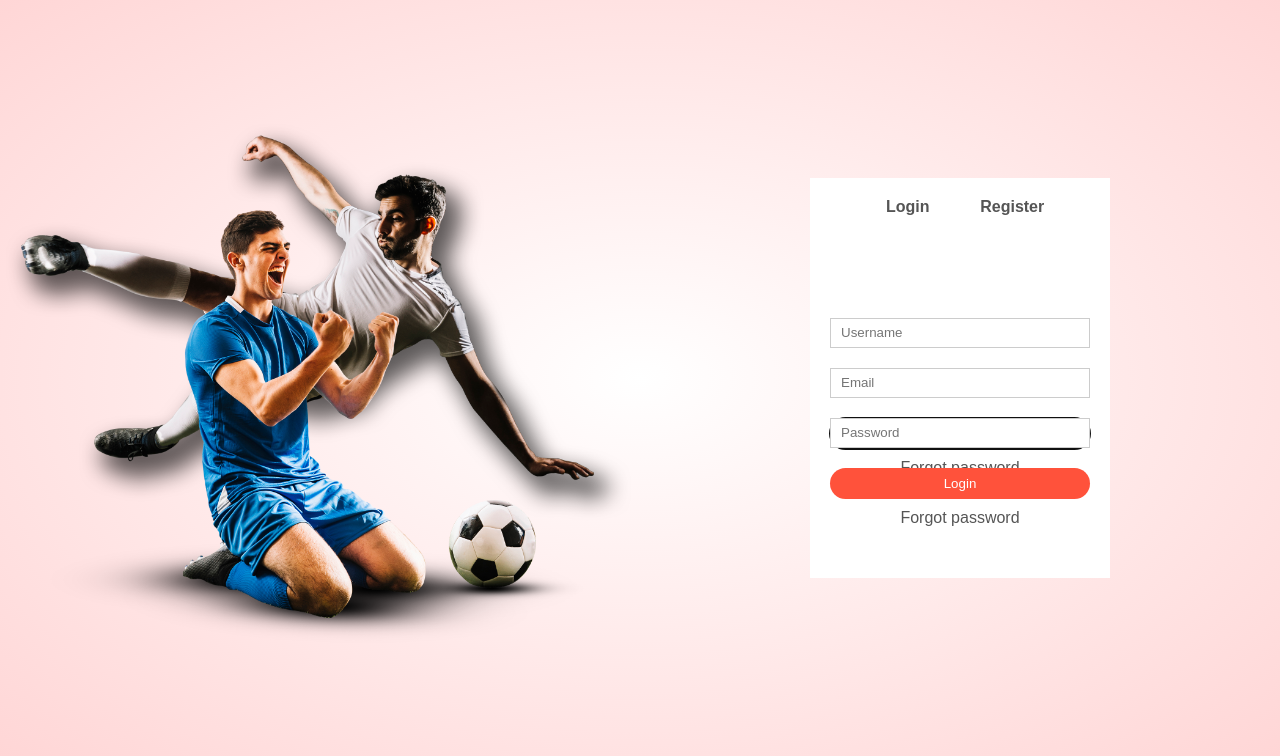
Repository: ritikalohia/tepid-frontend
Page: account.html
The author's editor kept a copy of each file at every save. The page is drawn from the files as they stood at one save, then again after the next save.
The browser window is 1280 px wide. The pictures show the whole page.
The first visible `form .btn` has the focus.

Above is the page before, as saved 2021-06-09 12:32:08.

### account.html
<!DOCTYPE html>
<html lang="en">
<head>
    <meta charset="UTF-8">
    <meta http-equiv="X-UA-Compatible" content="IE=edge">
    <meta name="viewport" content="width=device-width, initial-scale=1.0">
    <link rel="stylesheet" href="style.css">
    <title>Document</title>
</head>
<body>
    <!---account page------>
    <div class="account-page">
        <div class="row">
            <div class="col-2">
                <img src="images/image1.png" width="100%" alt="">
            </div>
            <div class="col-2">
                <div class="form-container">
                    <div class="form-btn">
                        <span>Login</span>
                        <span>Register</span>
                    </div>
                    <form>
                        <input type="text" placeholder="Username">
                        <input type="password" placeholder="Password">
                        <button type="submit" class="btn">Login</button>
                        <a href=""> Forgot password</a>
                    </form>

                    <form>
                        <input type="text" placeholder="Username">
                        <input type="email" placeholder="Email">
                        <input type="password" placeholder="Password">
                        <button type="submit" class="btn">Login</button>
                        <a href=""> Forgot password</a>
                    </form>
                </div>
            </div>

        </div>
    </div>


</body>
</html>

### style.css


*{
    margin: 0;
    padding: 0;
    box-sizing: border-box;
}

body{
    font-family: 'Poppins', sans-serif;
}

.navbar{
    display: flex;
    align-items: center;
    padding: 20px;
}

nav{
    flex: 1;
    text-align: right;
}

nav ul{
    display: inline-block;
    list-style-type: none;
}

nav ul li{
    display: inline-block;
    margin-right: 20px;
}

a{
    text-decoration: none;
    color: #555;
}

p{
    color: #555;
}

.container{
    max-width: 1300px;
    margin: auto;
    padding-left: 25px;
    padding-right: 25px;
}

.row{
    display: flex;
    align-items: center;
    flex-wrap: wrap;
    justify-content: space-around;
}

.col-2{
    flex-basis: 50%;
    min-width: 300px;
}

.col-2 img{
    max-width:100%;
    padding: 50px 0;
}

.col-2 h1{
    font-size: 50px;
    line-height: 60px;
    margin: 25px 0;
}

.btn{
    display: inline-block;
    background: #ff523b;
    color: #fff;
    margin: 30px 0;
    padding: 8px 30px;
    border-radius: 30px;
    transition: background 0.5s;
}

.btn:hover{
     background: #563434;
}

.header{
    background: radial-gradient(#fff, #ffd6d6);
}

.header .row{
    margin-top: 70px;
}

.categories{
    margin: 70px 0;
}

.col-3{
    flex-basis: 30%;
    min-width: 250px;
    margin-bottom: 30px;
}

.col-3 img{
    width: 100%;
}

.small-container{
    max-width: 1080px;
    margin: auto;
    padding-right: 25px;
    padding-left: 25px;
}

.col-4{
    flex-basis: 25%;
    padding: 10px;
    min-width: 200px;
    margin-bottom: 50px;
    transition: transform 0.5s;
}

.col-4 img{
    width: 100%;
}

.title{
    text-align: center;
    margin: 0 auto 80px;
    position: relative;
    line-height: 60px;
    color: #555;
}

.title::after{
    content: '';
    background: #ff523b;
    width: 80px;
    height: 5px;
    border-radius: 5px;
    position: absolute;
    bottom: 0;
    left: 50%;
    transform: translateX(-50%);
}

.title h4{
    color: #555;
    font-weight: normal;
}

.col-4 p{
    font-size: 14px;
}

.rating .fa{
    color: #ff523b;
}

.col-4:hover{
    transform: translateY(-5px);
}

/*----offer----*/
.offer{
    background: radial-gradient(#fff, #ffd6d6);
    margin-top: 80px;
    padding: 30px 0;
}

.col-2 .offer-img{
    padding: 50px;
}

small{
    color: #555;
}

/*Testimonial*/

.testimonial .col-3{
    text-align: center;
    padding: 40px 20px;
    box-shadow: 0 0 20px 0px rgba(0, 0, 0, 0.1);
    cursor: pointer;
    transition: transform 0.5s;
}

.testimonial .col-3 img{
    width: 50px;
    margin-top: 20px;
    border-radius: 50%;
}

.testimonial .col-3:hover{
    transform: translateY(-10px);
}

.fa.fa-qoute-left{
    font-size: 34px;
    color: #ff523b;
}

.col-3 p{
    font-size: 12px;
    margin: 12px 0;
    color: #777;
}

.testimonial .col-4 h3{
    font-weight: 600;
    color:#555;
    font-size: 16px;
}

/*-----------brands--------------*/
.brands{
    margin: 100px auto;
}

.col-5{
    width: 160px;
}

.col-5 img{
    width: 100%;
    cursor: pointer;
    filter: grayscale(100%);
}

.col-5 img:hover{
    filter: grayscale(0);
}


/*-------------footer---------------*/

.footer{
    background: #000;
    color: #8a8a8a;
    font-size: 14px;
    padding: 60px 0 20px;
}

.footer p {
    color: #8a8a8a;
}

.footer h3{
    color: #fff;
    margin-bottom: 20px;
}

.footer-col-1, .footer-col-2, .footer-col-3, .footer-col-4{
    min-width: 250px;
    margin-bottom: 20px;
}

.footer-col-1{
    flex-basis: 30%;
}

.footer-col-2{
    flex: 1;
    text-align: center;
}

.footer-col-2 img{
    width: 180px;
    margin: 20px;
}

.footer-col-3, .footer-col-4{
    flex-basis: 12%;
    text-align: center;
}

ul{
    list-style-type: none;
}

.app-logo{
    margin-top: 20px;
}

.app-logo img{
    width: 140px;
}

.footer hr{
    border: none;
    background: #b5b5b5;
    margin: 20px 0;
    height: 1px;
}

.copyright{
     text-align: center;
}

.menu-icon{
    width: 28px;
    margin-left: 20px;
    display: none;
}


/*-------------media query-------------*/
@media only screen and (max-width:800px){
    nav ul{
        position: absolute;
        top: 70px;
        left: 0;
        background: #333;
        width: 100%;
        overflow: hidden;
        transition: max-height 0.5s;
    }

    nav ul li{
        display: block;
        margin-right: 50px;
        margin-top: 10px;
        margin-bottom: 10px;
    }

    nav ul li a{
        color: #fff;
    }

    .menu-icon{
        display: block;
        cursor: pointer;
    }
}

/* media query for less than 600 screen size */
@media only screen and (max-width:600px){
    .row{
        text-align: center;
    }

    .col-2, .col-3, .col-4{
        flex-basis: 100%;
    }
}




/*  all products page  */
.row-2{
    justify-content: space-between;
    margin: 100px auto 50px;
}

select{
    border: 1px solid #ff523b;
    padding: 5px;
}

select:focus{
    outline: none;
}

.page-btn{
    margin: 0 auto 80px;
}

.page-btn span{
    display: inline-block;
    border: 1px solid #ff523b;
    margin-left: 10px;
    width: 40px;
    height: 40px;
    text-align: center;
    line-height: 40px;
    cursor: pointer;
}


.page-btn span:hover{
    background: #ff523b;
    color: #fff;
}



/*--------Product page---------*/
.single-product{
    margin-top: 80px;
}

.single-product .col-2 img{
    padding: 0;
}

.single-product .col-2{
    padding: 20px;
}

.single-product h4{
    margin: 20px 0;
    font-size: 22px;
    font-weight: bold;
}

.single-product select{
    display: block;
    padding: 10px;
    margin-top: 20px;
}

.single-product input{
    width: 50px;
    height: 40px;
    padding-left: 10px;
    font-size: 20px;
    margin-right: 10px;
    border: 1px solid #ff523b;
}

input:focus{
    outline: none;
}

.single-product .fa{
    color: #ff523b;
    margin-left:  10px;
}

.small-img-row{
    display: flex;
    justify-content: space-around;
}

.small-img-col{
    flex-basis: 24%;
    cursor: pointer;
}

@media only screen and (max-width:600px){

    .single-product{
        text-align: left;
    }

    .single-product .col-2{
        padding: 20px 0;
    }
    .single-product h1{
        font-size: 26px;
        line-height: 22px;
    }
}


/*-------cart items------*/
.cart-page{
    margin: 80px auto;
}

table{
    width: 100%;
    border-collapse: collapse;
}

.cart-info{
    display: flex;
    flex-wrap: wrap;
}

th{
    text-align: left;
    padding: 5px;
    color: #fff;
    background: #ff523b;
    font-weight: normal;
}

td{
    padding: 10px 5px;
}

td input{
    width: 40px;
    height: 30px;
    padding: 5px;
}

td a{
    color: #ff523b;
    font-size: 12px;
}

td img{
    width: 80px;
    height: 80px;
    margin-right: 10px;
}

.total-price{
    display: flex;
    justify-content: flex-end;
}

.total-price table{
    border-top: 3px solid #ff523b;
    width: 100%;
    max-width: 400px;
}

td:last-child{
    text-align: right;
}

th:last-child{
    text-align: right;
}

@media only screen and (max-width:600px){
    .cart-info p{
        display: none;
    }
}



/* account page */
.account-page{
    padding: 50px 0;
    background: radial-gradient(#fff, #ffd6d6);
}

.form-container{
    background: #fff;
    width: 300px;
    height: 400px;
    position: relative;
    text-align: center;
    padding: 20px 0;
    margin: auto;
    box-shadow:  0 0 20 0 rgba(0, 0, 0, 0.1);
}

.form-container span{
    font-weight: bold;
    padding: 0 10px;
    color: #555;
    cursor: pointer;
    width: 100px;
    display: inline-block;
}

.form-btn{
   display: inline-block;
}

.form-container form{
    max-width: 300px;
    padding: 0 20px;
    position: absolute;
    top: 130px;
}

form input{
    width: 100%;
    height: 30px;
    margin: 10px 0;
    padding: 0 10px;
    border: 1px solid #ccc;
}

form .btn{
    width: 100%;
    border:none;
    cursor: pointer;
    margin: 10px 0;
}

form .btn:focus{

}

After the next save:
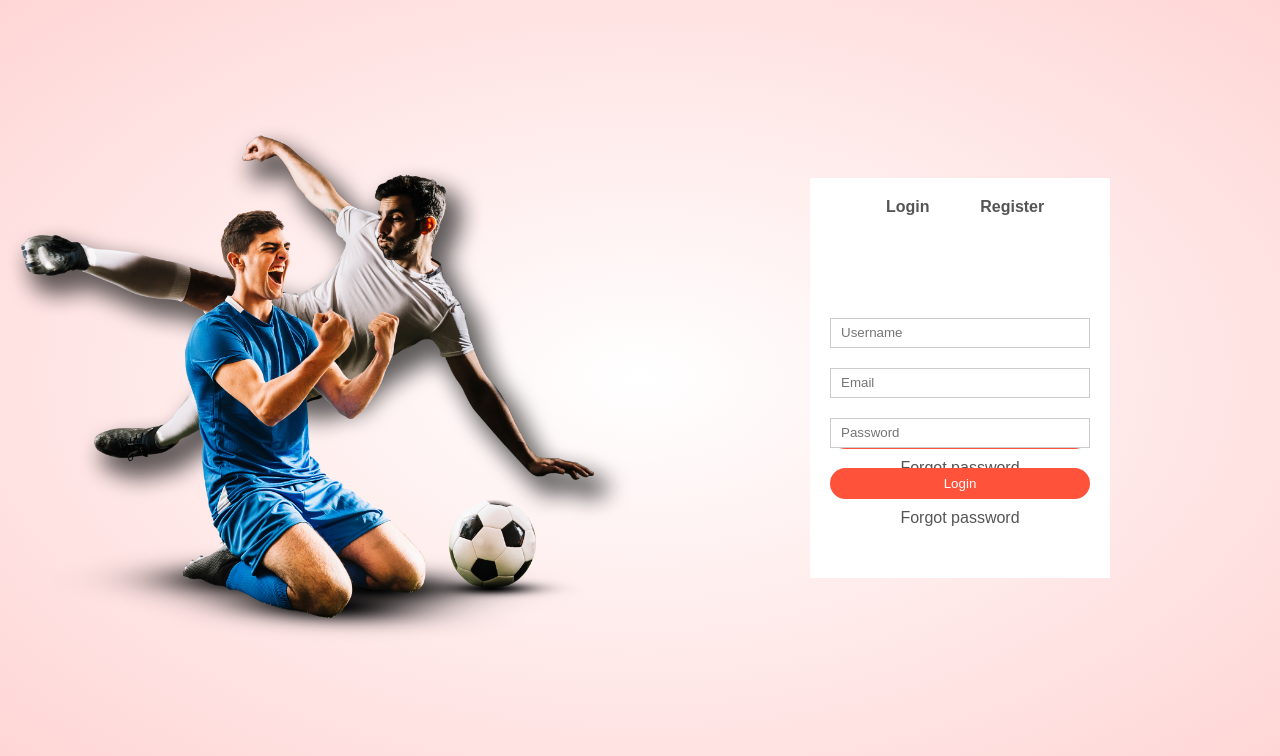
Saved 5 s later.
--- a/style.css
+++ b/style.css
@@ -580,5 +580,5 @@ form .btn{
 }
 
 form .btn:focus{
-
-}
+    outline:none;
+}
